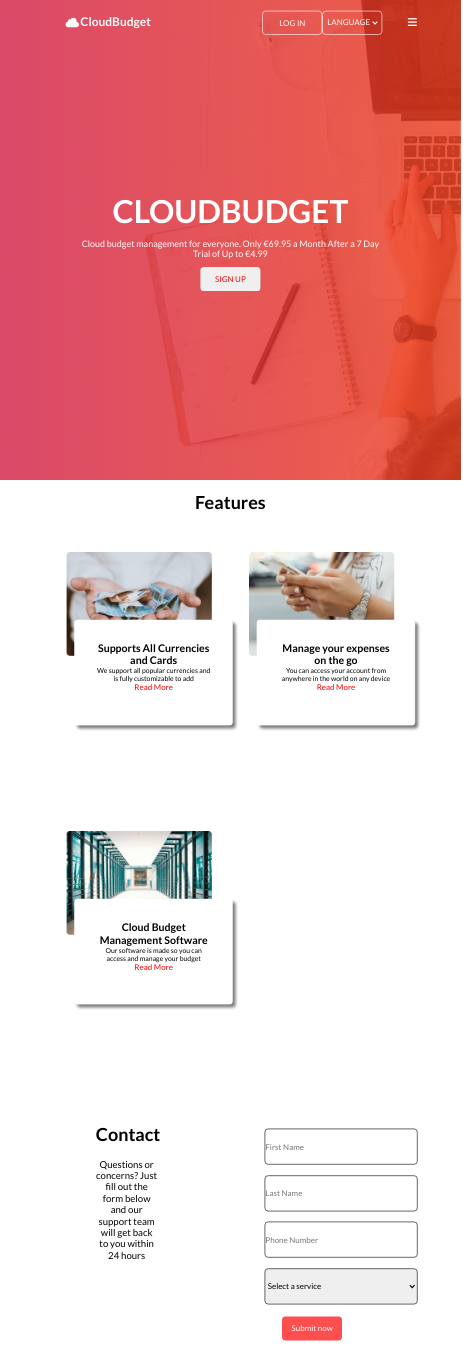
Repository: havvanurrana/website3
Page: index.html
An editor plug-in stored every save of this project. The page is shown before and after the next save, followed by the edit.
The browser window is 768 px wide. The page is 791 px wide, so the pictures cover 791 px, including what lies to the right of the window. The pictures show the whole page, at 60% of full size.

Above is the page before, as saved 2024-08-05 20:36:30.

### index.html
<!DOCTYPE html>
<html lang="tr">
  <head>
    <meta charset="UTF-8" />
    <meta name="viewport" content="width=device-width, initial-scale=1.0" />
    <title>CloudBudget</title>
    <link rel="stylesheet" href="style.css" />
    <link
      rel="stylesheet"
      href="https://cdnjs.cloudflare.com/ajax/libs/font-awesome/6.5.2/css/all.min.css"
      integrity="sha512-SnH5WK+bZxgPHs44uWIX+LLJAJ9/2PkPKZ5QiAj6Ta86w+fsb2TkcmfRyVX3pBnMFcV7oQPJkl9QevSCWr3W6A=="
      crossorigin="anonymous"
      referrerpolicy="no-referrer"
    />
    <link
      href="https://fonts.googleapis.com/css2?family=Lato:wght@400;700&display=swap"
      rel="stylesheet"
    />
  </head>
  <body>
    <section class="overview-section">
        <div class="linear-gradient"></div>
        <div class="content">
            <h3>CLOUDBUDGET</h3>
            <p>
                Cloud budget management for everyone. Only €69.95 a Month After a 7
                Day Trial of Up to €4.99
            </p>
            <button>SIGN UP</button>
        </div>
    </section>
    <header class="header-menu">
        <div class="markaamblem">
            <img src="assets/cloud.png" />
            <h3>CloudBudget</h3>
        </div>
        <nav class="navbar">
            <a href="#" class="navbarsect">Overview</a>
            <a href="#" class="navbarsect">Features</a>
            <a href="#" class="navbarsect">Technology</a>
            <a href="#" class="navbarsect">Contact</a>
            <a href="#" class="navbarsect">Sign Up</a>
        </nav>
        <div class="buttons">
            <button>LOG IN</button>
            <button>
                <select id="Language " name="Language">
                    <option value="">LANGUAGE</option>
                    <option value="uk">UK</option>
                    <option value="turk">Turkish</option>
                    <option value="sp">Spanish</option>
                    <option value="fr">French</option>
                </select>
            </button>
            <div id="menu" class="toggle-menu">
                <input type="checkbox" id="switch">
                <button>
                    <label for="switch" class="fas fa-bars"></label>
                </button>

            </div>
        </div>
    </header>

    <!--features kısmı -->
    <div class="featureshead">
        <h1>Features</h1>
    </div>
    <div class="features">
        <div class="featuressection">
            <div class="img">
                <img src="../assets/money.png" />
            </div>
            <div class="featurescard">
                <div>
                    <h1>Supports All Currencies and Cards</h1>
                </div>
                <div>
                    <p>
                        We support all popular currencies and is fully customizable to add
                    </p>
                </div>
                <button>Read More</button>
            </div>
      </div>
      <div class="featuressection">
          <div>
                <div class="img">
                    <img src="../assets/hand.png" />
                </div>
                <div class="featurescard">
                    <h1>Manage your expenses on the go</h1>
                        <p>
                          You can access your account from anywhere in the world on any
                          device
                        </p>
                    <button>Read More</button>
                </div>
            </div>
      </div>
          <div class="featuressection">
              <div>
                    <div class="img">
                        <img src="../assets/building.png" />
                    </div>
                    <div class="featurescard">
                          <h1>Cloud Budget Management Software</h1>
                          <p>Our software is made so you can access and manage your budget</p>
                          <button>Read More</button>
                    </div>
              </div>
          </div>
    </div>
    <!--contact kısmı-->
    <section >
        <div class="contact">
        <div class="contact-text">
            <h1>Contact</h1>
            <br><br>
            <p>
              Questions or concerns? Just fill out the form below and our support
              team will get back to you within 24 hours
            </p>
        </div>
        <div class="input">
            <input
            type="text"
            id="username"
            name="username"
            placeholder="First Name"
            />
            <input
            type="text"
            id="username"
            name="username"
            placeholder="Last Name"
            />
            <input
            type="text"
            id="username"
            name="username"
            placeholder="Phone Number"
            />

            <select id="service" name="service">
            <option value="">Select a service</option>
            <option value="service1">Service 1</option>
            <option value="service2">Service 2</option>
            <option value="service3">Service 3</option>
            <option value="service4">Service 4</option>
            </select>
            <br><br>
            <button>Submit now</button>
        </div>
    </div>
    </section>
    <script>
            document.getElementById('menu').addEventListener('click', function() {
            const navbar = document.querySelector('.header-menu .navbar');
            navbar.classList.toggle('active');
        });
    </script>
  </body>
</html>

### style.css

/* genel*/

*{
   margin:0;
   padding: 0;
   box-sizing: border-box;
   outline: none;
   border: none;
   text-decoration: none;
   font-family: Lato;
}

html {
    font-size: 62.5%;
    overflow-x: hidden;
    scroll-behavior: smooth;
    scroll-padding-top: 9rem ;
 }
h1{
   font-size: 30px;
}
 /* header menu ve  amblem ve ilk ekran cssleri*/
button{
   cursor: pointer;
}
.markaamblem{
   display: flex;
   justify-content:space-between;
   color: white;
   cursor: pointer;
}

.header-menu{
   width: 96%;
   display: flex;
   justify-content: space-between;
   align-items: center ;
   padding: 0 7%;
   margin: 2rem 7%;
   z-index: 3;
   top: 0;
   position:absolute;
}
.header-menu .markaamblem img{
   height: 3rem;
}
.header-menu .markaamblem h3{
   font-size: 20px ;
}
.header-menu .navbar a{
   margin: 0 2rem;
   font-size: 1.6rem;
   color: rgb(0, 0, 0);
   z-index: 2;
}
  .header-menu button{
   border: 1px , solid, rgb(255, 255, 255);
   border-radius: 6px;
   color:rgb(255, 255, 255);
   width: 100px;
   height: 40px;
   gap: 0px;
   background-color: transparent;
}
 .header-menu .buttons{
   padding-left: 10px;
   display: flex;
   justify-content: flex-end;
}
#menu{
   display: none;
}
.overview-section{
   min-height: 100vh;
   display: flex;
   text-align: center;
   align-items: center;
   justify-content: center;
   background:  url(../assets/image1.png)
   no-repeat;
   background-size: cover;
}

.overview-section .content {
   max-width: 60rem;
   margin: 0.5rem;
   z-index: 2;
}

.overview-section .content h3{
   font-size: 6rem;
   margin: 0.5rem;
   color: white;
}

.overview-section .content p{
   font-size: 1.7rem;
   margin: 1.5rem;
   color: white;
}

.overview-section .content button{
   border:1px;
   width: 100px;
   height: 40px;
   border-radius: 6px;
   color: red;
}

.linear-gradient{
   min-height: 100vh;
   width: 100%;
   display: flex;
   z-index: 1;
   background: linear-gradient(90deg, rgba(213, 32, 71, 0.8) 0%, rgba(238, 61, 27, 0.8) 100%);
   position: absolute;
}

.buttons select{
   background: none;
   color: white;
}

/* features kısmı*/

/* başlık*/

.featureshead{
   text-align: center;
   justify-content: center;
   margin: 1rem;
   padding: 1rem;
}

/* Kartlar*/

.features{
   display: grid;
   grid-template-columns: repeat(auto-fit, minmax(30rem, 1fr));
   margin:3rem;
   padding: 0 7%;
}
.featurescard{
   border-radius:0.6rem;
   border: 1px, solid, rgb(255, 255, 255);
   width: 30rem;
   height: 20rem;
   text-align: center;
   justify-content: center;
   align-items: center;
   padding: 4rem;
   margin: 3rem;
   background-color: white;
   transform: translate(-5%,-50%);
   box-shadow: 5px 5px 5px rgba(0, 0, 0,0.5);
}
.featuressection{
   justify-content: center;
   align-items: center;
   margin: 1rem;
   padding: 2.5rem;
}
.features img{
   width: 100%;
   object-fit: cover;
}
.featurescard h1{
   font-size: 2rem;
}
.featurescard p{
   font-size: 1.3rem;
}
.featurescard button{
   border: none;
   background-color: transparent;
   color: red;
}

/*Contact kısmı */

.contact{
   display: flex;
   flex-direction: row;
   margin: 2rem;
   justify-content: center;
}
.contact div{
   text-align: center;
   justify-content:center;
   align-items: center;
   padding: 0 8%;
   margin: 3rem;
}
.contact h1{
   font-size: 30px;
}
.contact p{
   font-size: 16px;
}
 .contact .contact-text{
   width: 30%;
   height: 40rem;
}
input{
   width: 255px;
   height: 60px;
   border: 1px, solid, black;
   border-color: rgb(0, 0, 0);
   border-radius: 6px;
   margin: 1rem;
}
.contact select{
   width: 255px;
   height: 60px;
   border: 1px, solid, black;
   border-color: rgb(0, 0, 0);
   border-radius: 6px;
   margin: 1rem;
}
.contact button{
   width: 100px;
   height: 40px;
   border-radius: 6px;
   color: white;
   background-color: rgb(254, 78, 78);
}
.contact .input{
   width: 40%;
   height: 40rem;
   align-items: center;
   justify-content: center;
   text-align: center;
}

input{
   width: 255px;
   height: 60px;
   border: 1px, solid, black;
   border-color: rgb(0, 0, 0);
   border-radius: 6px;
   margin: 1rem;
}
.contact select{
   width: 255px;
   height: 60px;
   border: 1px, solid, black;
   border-color: rgb(0, 0, 0);
   border-radius: 6px;
}
.contact button{
   width: 100px;
   height: 40px;
   border-radius: 6px;
   color: white;
   background-color: rgb(254, 78, 78);
}


/* Toggle menu ve responsive kısım */
@media (max-width: 1000px) {
   html {
       font-size: 55%;
   }
}

@media (max-width: 800px) {
   #menu {
       display: inline-block;
   }

   .header-menu .navbar {
       display: none; /* Başlangıçta menü gizlenmiş olmalı */
       flex-direction: column;
       position: absolute;
       top: 95%;
       left: 55%;
       background-color: white;
       height: calc(100vh - 9rem);
       width: 25rem;
       right: -100%;
       transition: right 0.3s ease;
       color: black;
       justify-content: center;
   }

   .header-menu .navbar.active {
       display: flex;
       right: 0;
   }

   .toggle-menu button {
       background: none;
       border: none;
       color: rgb(255, 255, 255);
       font-size: 2rem;
   }
   #switch {
      display: none;
  }

  .contact{
   display: flex;
   flex-wrap: wrap;
  }

}

After the next save:
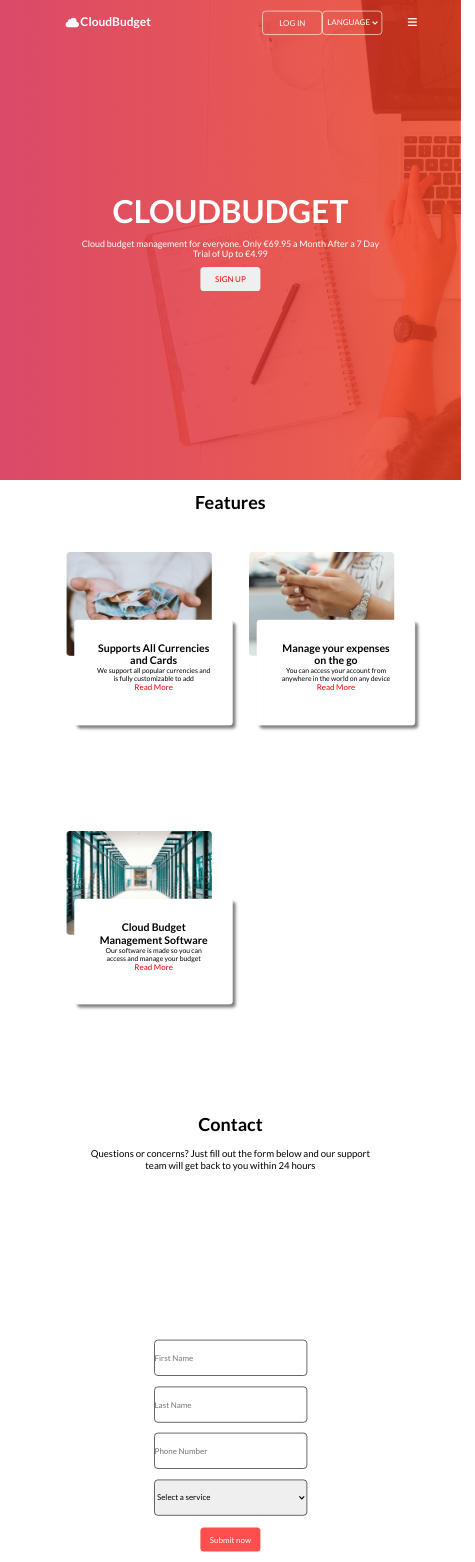
Saved 95 s later.
--- a/style.css
+++ b/style.css
@@ -299,9 +299,13 @@ input{
       display: none;
   }
 
-  .contact{
-   display: flex;
-   flex-wrap: wrap;
-  }
-
-}
+  .contact {
+   flex-direction: column;
+   align-items: center;
+}
+.contact .contact-text,
+.contact .input {
+   width: 80%;
+   margin: 1rem 0;
+}
+}
